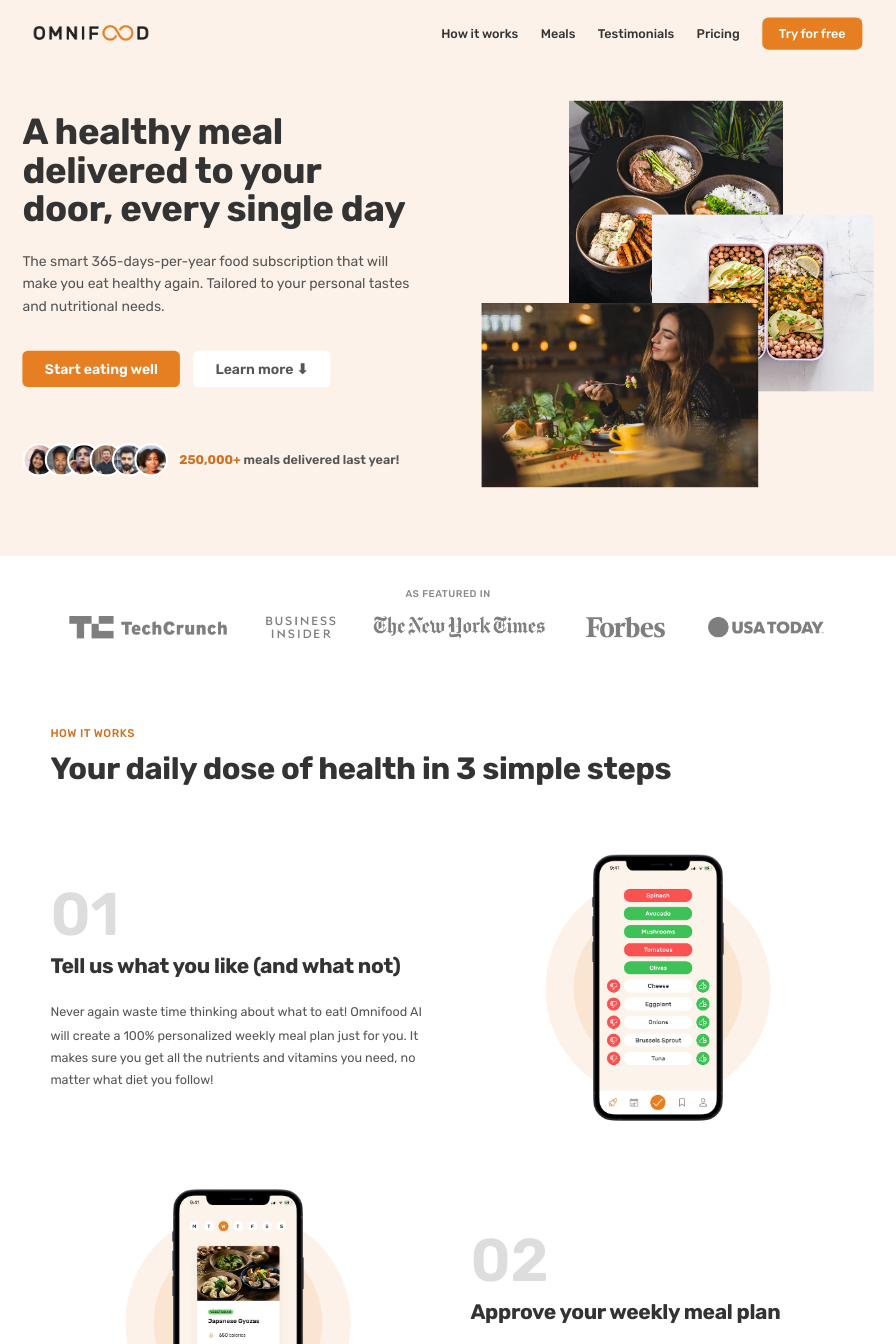
Repository: TranPhucThinh/Omnifood
Page: index.html
An editor plug-in stored every save of this project. The page is shown before and after the next save, followed by the edit.
The browser window is 1280 px wide. The pictures show the part of the page from y = 0 to 1920 px (the page is 3548 px tall), at 70% of full size.

Above is the page before, as saved 2022-08-06 00:17:55.

### index.html
<!DOCTYPE html>
<html lang="en">

<head>
    <meta charset="UTF-8">
    <meta http-equiv="X-UA-Compatible" content="IE=edge">
    <meta name="viewport" content="width=device-width, initial-scale=1.0">

    <link rel="preconnect" href="https://fonts.googleapis.com">
    <link rel="preconnect" href="https://fonts.gstatic.com" crossorigin>
    <link href="https://fonts.googleapis.com/css2?family=Rubik:wght@300;400;500;600;700;800;900&display=swap"
        rel="stylesheet">

    <link rel="stylesheet" href="./assets/styles/general.css">
    <link rel="stylesheet" href="./assets/styles/style.css">

    <title>Omnifood</title>
</head>

<body>
    <!-- SECTION HEADER -->
    <div class="header">
        <a href="#">
            <img src="./assets/imgs/omnifood-logo.png" alt="Omnifood logo" class="header-logo">
        </a>
        <nav class="main-nav">
            <ul class="main-nav-list">
                <li>
                    <a href="#" class="main-nav-link">How it works</a>
                </li>
                <li>
                    <a href="#" class="main-nav-link">Meals</a>
                </li>
                <li>
                    <a href="#" class="main-nav-link">Testimonials</a>
                </li>
                <li>
                    <a href="#" class="main-nav-link">Pricing</a>
                </li>
                <li>
                    <a href="#" class="main-nav-link nav-btn">Try for free</a>
                </li>
            </ul>
        </nav>
    </div>
    <!-- End of SECTION HEADER -->

    <!-- SECTION HERO -->
    <section class="section-hero">
        <div class="hero">
            <div class="hero-text-box">
                <h1 class="heading-primary">A healthy meal delivered to your door, every single day</h1>
                <p class="hero-desc">The smart 365-days-per-year food subscription that will make you eat healthy again.
                    Tailored to your personal tastes and nutritional needs.</p>
                <a href="#" class="btn btn--full margin-right-sm">Start eating well</a>
                <a href="#" class="btn btn--outline">Learn more ⬇</a>
                <div class="delivered-meals">
                    <div class="delivered-imgs">
                        <img src="./assets/imgs/customers/customer-1.jpg" alt="customer 1">
                        <img src="./assets/imgs/customers/customer-2.jpg" alt="customer 2">
                        <img src="./assets/imgs/customers/customer-3.jpg" alt="customer 3">
                        <img src="./assets/imgs/customers/customer-4.jpg" alt="customer 4">
                        <img src="./assets/imgs/customers/customer-5.jpg" alt="customer 5">
                        <img src="./assets/imgs/customers/customer-6.jpg" alt="customer 6">
                    </div>
                    <p class="delivered-text">
                        <span>250,000+</span> meals delivered last year!
                    </p>
                </div>
            </div>
            <div class="hero-img-box">
                <img src="./assets/imgs/hero.png"
                    alt="woman enjoy food, meals in storage container, and food bowls on a table" class="hero-img">
            </div>
        </div>
    </section>
    <!-- End of SECTION HERO -->

    <!-- SECTION FEATURED -->
    <section class="section-featured">
        <div class="container">
            <h2 class="heading-feature-in">As featured in</h2>
            <div class="logos">
                <img src="./assets/imgs/logos/techcrunch.png" alt="Techcrunch logo">
                <img src="./assets/imgs/logos/business-insider.png" alt="business insider logo">
                <img src="./assets/imgs/logos/the-new-york-times.png" alt="The new york time logo">
                <img src="./assets/imgs/logos/forbes.png" alt="Forbes logo">
                <img src="./assets/imgs/logos/usa-today.png" alt="Usa today logo">
            </div>
        </div>
    </section>
    <!-- End of SECTION FEATURED -->

    <!-- SECTION HOW IT WORKS -->
    <section class="section-how">
        <div class="container">
            <p class="subheading">HOW IT WORKS</p>
            <h2 class="heading-secondary">Your daily dose of health in 3 simple steps</h2>
        </div>
        <div class="container grid grid--2-cols grid--center-vertical">
            <!-- STEP 1 -->
            <div class="step-text-box">
                <div class="step-number">01</div>
                <h3 class="heading-tertiary">Tell us what you like (and what not)</h3>
                <p class="step-desc">Never again waste time thinking about what to eat! Omnifood AI will create a 100%
                    personalized weekly meal plan just for you. It makes sure you get all the nutrients and vitamins you
                    need, no matter what diet you follow!</p>
            </div>
            <div class="step-img-box">
                <img src="./assets/imgs/app/app-screen-1.png" alt="iPhone app preferences selection screen"
                    class="step-img">
            </div>

            <!-- STEP 2 -->
            <div class="step-img-box">
                <img src="./assets/imgs/app/app-screen-2.png" alt="iPhone app
                meal approving plan screen" class="step-img">
            </div>
            <div class="step-text-box">
                <div class="step-number">02</div>
                <h3 class="heading-tertiary">Approve your weekly meal plan</h3>
                <p class="step-desc">Once per week, approve the meal plan generated for you by Omnifood AI. You can
                    change ingredients, swap entire meals, or even add your own recipes.</p>
            </div>

            <!-- STEP 3 -->
            <div class="step-text-box">
                <div class="step-number">03</div>
                <h3 class="heading-tertiary">Receive meals at convenient time</h3>
                <p class="step-desc">Best chefs in town will cook your selected meal every day, and we will deliver it
                    to your door whenever works best for you. You can change delivery schedule and address daily!</p>
            </div>
            <div class="step-img-box">
                <img src="./assets/imgs/app/app-screen-3.png" alt="iPhone app
                delivery screen" class="step-img">
            </div>
        </div>
    </section>
    <!-- End of SECTION HOW IT WORKS -->

    <!-- SECTION MEALS -->
    <section class="section-meals">
        <div class="container center-text">
            <p class="subheading">Meals</p>
            <h2 class="heading-secondary">Omnifood AI chooses from 5,000+ recipes</h2>
        </div>
        <div class="container grid grid--3-cols">
            <div class="meal">
                <img src="./assets/imgs/meals/meal-1.jpg" alt="Japanese Gyozas" class="meal-img">
                <div class="meal-content">
                    <div class="meal-tag">
                        <p class="tag tag--vegetarian">vegetarian</p>
                    </div>
                    <p class="meal-title">Japanese Gyozas</p>
                    <ul class="meal-attributes">
                        <li class="meal-attribute">
                            <ion-icon class="meal-icon" name="flame-outline"></ion-icon>
                            <span><strong>650</strong> calories</span>
                        </li>
                        <li class="meal-attribute">
                            <ion-icon class="meal-icon" name="restaurant-outline"></ion-icon>
                            <span>NutriScore ® <strong>74</strong></span>
                        </li>
                        <li class="meal-attribute">
                            <ion-icon class="meal-icon" name="star-outline"></ion-icon>
                            <span><strong>4.9</strong> rating (537)</span>
                        </li>
                    </ul>
                </div>
            </div>
            <div class="meal">
                <img src="./assets/imgs/meals/meal-2.jpg" alt="Avocado Salad" class="meal-img">
                <div class="meal-content">
                    <div class="meal-tag">
                        <p class="tag tag--vegan">vegan</p>
                        <p class="tag tag---paleo">paleo</p>
                    </div>
                    <p class="meal-title">Avocado Salad</p>
                    <ul class="meal-attributes">
                        <li class="meal-attribute">
                            <ion-icon class="meal-icon" name="flame-outline"></ion-icon>
                            <span><strong>400</strong> calories</span>
                        </li>
                        <li class="meal-attribute">
                            <ion-icon class="meal-icon" name="restaurant-outline"></ion-icon>
                            <span>NutriScore ® <strong>92</strong></span>
                        </li>
                        <li class="meal-attribute">
                            <ion-icon class="meal-icon" name="star-outline"></ion-icon>
                            <span><strong>4.8</strong> rating (441)</span>
                        </li>
                    </ul>
                </div>
            </div>
            <div class="diet">
                <h3 class="heading-tertiary">Works with any diet:</h3>
                <ul class="list">
                    <li class="list-item">
                        <ion-icon class="list-icon" name="checkmark-outline"></ion-icon>
                        <span>Vegetarian</span>
                    </li>
                    <li class="list-item">
                        <ion-icon class="list-icon" name="checkmark-outline"></ion-icon>
                        <span>Vegan</span>
                    </li>
                    <li class="list-item">
                        <ion-icon class="list-icon" name="checkmark-outline"></ion-icon>
                        <span>Pescatarian</span>
                    </li>
                    <li class="list-item">
                        <ion-icon class="list-icon" name="checkmark-outline"></ion-icon>
                        <span>Gluten-free</span>
                    </li>
                    <li class="list-item">
                        <ion-icon class="list-icon" name="checkmark-outline"></ion-icon>
                        <span>Lactose-free</span>
                    </li>
                    <li class="list-item">
                        <ion-icon class="list-icon" name="checkmark-outline"></ion-icon>
                        <span>Keto</span>
                    </li>
                    <li class="list-item">
                        <ion-icon class="list-icon" name="checkmark-outline"></ion-icon>
                        <span>Paleo</span>
                    </li>
                    <li class="list-item">
                        <ion-icon class="list-icon" name="checkmark-outline"></ion-icon>
                        <span>Low FODMAP</span>
                    </li>
                    <li class="list-item">
                        <ion-icon class="list-icon" name="checkmark-outline"></ion-icon>
                        <span>Kid-friendly</span>
                    </li>
                </ul>
            </div>
        </div>
        <div class="container all-recipes center-text">
            <a href="#" class="link">See all recipes ➡</a>
        </div>
    </section>
    <!-- End of SECTION MEALS -->

    <script type="module" src="https://unpkg.com/ionicons@5.5.2/dist/ionicons/ionicons.esm.js"></script>
    <script nomodule src="https://unpkg.com/ionicons@5.5.2/dist/ionicons/ionicons.js"></script>
</body>

</html>

### assets/styles/general.css
* {
  margin: 0;
  padding: 0;
  box-sizing: border-box;
}

html {
  font-size: 62.5%;
}

body {
  font-family: 'Rubik', sans-serif;
  line-height: 1;
  font-weight: 400;
  color: #555;
}

/* GENERAL REUSABLE COMPONENTS */
.container {
  max-width: 120rem;
  padding: 0 3.2rem;
  margin: 0 auto;
}

.grid {
  display: grid;
  row-gap: 9.6rem;
  column-gap: 6.4rem;
}

.grid--2-cols {
  grid-template-columns: repeat(2, 1fr);
}

.grid--3-cols {
  grid-template-columns: repeat(3, 1fr);
}

.grid--4-cols {
  grid-template-columns: repeat(4, 1fr);
}

.grid--center-vertical {
  align-items: center;
}

.heading-primary,
.heading-secondary,
.heading-tertiary {
  letter-spacing: -0.5px;
  color: #333;
  font-weight: 700;
}

.heading-primary {
  line-height: 1.05;
  font-size: 5.2rem;
  margin-bottom: 3.2rem;
}

.heading-secondary {
  font-size: 4.4rem;
  line-height: 1.2;
  margin-bottom: 9.6rem;
}

.heading-tertiary {
  font-size: 3rem;
  line-height: 1.2;
  margin-bottom: 3.2rem;
}

.subheading {
  font-size: 1.6rem;
  color: #cf711f;
  margin-bottom: 1.6rem;
  font-weight: 500;
  letter-spacing: 0.75px;
}

.hero-text-box .btn:link,
.hero-text-box .btn:visited {
  text-decoration: none;
  font-size: 2rem;
  font-weight: 600;
  display: inline-block;
  border-radius: 8px;
  padding: 1.6rem 3.2rem;
  transition: all 0.3s;
}

.hero-text-box .btn--full:link,
.hero-text-box .btn--full:visited {
  color: #fff;
  background-color: #e67e22;
}

.hero-text-box .btn--full:hover,
.hero-text-box .btn--full:active {
  background-color: #cf711f;
}

.hero-text-box .btn--outline:link,
.hero-text-box .btn--outline:visited {
  color: #555;
  background-color: #fff;
  border: -4px solid #fff;
}

.hero-text-box .btn--outline:hover,
.hero-text-box .btn--outline:active {
  background-color: #fdf2e9;
}

.step-img-box::before,
.step-img-box::after {
  content: '';
  display: block;
  position: absolute;
  top: 50%;
  left: 50%;
  transform: translate(-50%, -50%);
  border-radius: 50%;
}

.center-text {
  text-align: center;
}

.margin-right-sm {
  margin-right: 1.6rem !important;
}

.margin-bottom-md {
  margin-bottom: 4.8rem !important;
}
/* END of GENERAL REUSABLE COMPONENTS */

### assets/styles/style.css
/* Section Header */
.header {
  display: flex;
  justify-content: space-between;
  height: 9.6rem;
  align-items: center;
  padding: 0 4.8rem;
  background-color: #fdf2e9;
}

.header-logo {
  height: 2.2rem;
}

.main-nav-list {
  display: flex;
  list-style-type: none;
  gap: 3.2rem;
}

.main-nav-link:link,
.main-nav-link:visited {
  text-decoration: none;
  font-size: 1.8rem;
  color: #333;
  font-weight: 500;
  transition: all 0.3s;
}

.main-nav-link:hover,
.main-nav-link:active {
  color: #cf711f;
}

.main-nav-link.nav-btn:link,
.main-nav-link.nav-btn:visited {
  padding: 1.2rem 2.4rem;
  border-radius: 9px;
  background-color: #e67e22;
  color: #fff;
}

.main-nav-link.nav-btn:hover,
.main-nav-link.nav-btn:active {
  color: #fff;
  background-color: #cf711f;
}
/* End of Section Header */

/* Section Hero */
.section-hero {
  background-color: #fdf2e9;
  padding: 4.8rem 0 9.6rem;
}

.hero {
  max-width: 130rem;
  margin: 0 auto;
  display: grid;
  grid-template-columns: 1fr 1fr;
  gap: 9.6rem;
  padding: 0 3.2rem;
  align-items: center;
}

.hero-text-box .hero-desc {
  font-size: 2rem;
  color: #555;
  line-height: 1.6;
  margin-bottom: 4.8rem;
}

.hero-img-box .hero-img {
  width: 100%;
}

.delivered-meals {
  margin-top: 8rem;
  display: flex;
  align-items: center;
  gap: 1.6rem;
}

.delivered-imgs {
  display: flex;
}

.delivered-imgs img {
  width: 4.8rem;
  height: 4.8rem;
  border-radius: 50%;
  border: 3px solid #fff;
  margin-right: -1.6rem;
}

.delivered-imgs img:last-child {
  margin-right: 0;
}

.delivered-text {
  font-size: 1.8rem;
  font-weight: 600;
}

.delivered-text span {
  font-weight: 700;
  color: #cf711f;
}
/* End of Section Hero */

/* Section featured */
.section-featured {
  padding: 4.8rem 0 3.2rem;
}
.logos {
  display: flex;
  justify-content: space-around;
}

.heading-feature-in {
  font-size: 1.4rem;
  text-transform: uppercase;
  letter-spacing: 0.75px;
  font-weight: 500;
  color: #888;
  text-align: center;
  margin-bottom: 2.4rem;
}

.section-featured img {
  height: 3.2rem;
  filter: brightness(0%);
  opacity: 0.5;
}
/* End of Section featured */

/* Section how it works */
.section-how {
  padding: 9.6rem 0;
}
.step-number {
  font-size: 8.6rem;
  color: #ddd;
  font-weight: 600;
  margin-bottom: 1.2rem;
}

.step-desc {
  font-size: 1.8rem;
  color: #555;
  line-height: 1.8;
}

.step-img-box {
  text-align: center;
  position: relative;
}

.step-img-box::before {
  width: 60%;
  padding-bottom: 60%;

  background-color: #fdf2e9;
  z-index: -2;
}

.step-img-box::after {
  width: 45%;
  padding-bottom: 45%;
  background-color: #fae5d3;
  z-index: -1;
}

.step-img {
  width: 35%;
}
/* End of Section how it works */

/* Section meals */
.section-meals {
  padding: 9.6rem 0;
}
.meal {
  border-radius: 12px;
  overflow: hidden;
  box-shadow: 0 2.4rem 4.8rem rgb(0 0 0 / 8%);
}

.meal-img {
  width: 100%;
  display: block;
}

.meal-content {
  padding: 3.2rem 4.8rem 4.8rem;
}

.meal-tag {
  margin-bottom: 1.2rem;
}

.tag {
  display: inline-block;
  font-size: 1.2rem;
  text-transform: uppercase;
  color: #333;
  font-weight: 600;
  padding: 4px 8px;
  border-radius: 12px;
}

.tag--vegetarian {
  background-color: #51cf66;
}

.tag--vegan {
  background-color: #94d82d;
  margin-right: 2px;
}

.tag---paleo {
  background-color: #ffd43b;
}

.meal-title {
  font-size: 2.4rem;
  color: #333;
  font-weight: 600;
  margin-bottom: 3.2rem;
}

.meal-attributes {
  list-style-type: none;
  display: flex;
  flex-direction: column;
  justify-content: space-between;
  gap: 2rem;
}

.meal-attribute {
  font-size: 1.8rem;
  display: flex;
  gap: 1.6rem;
  align-items: center;
}

.meal-attribute strong {
  font-weight: 500;
}

.meal-attribute .meal-icon {
  width: 2.4rem;
  height: 2.4rem;
  color: #e67e22;
}

.list {
  list-style-type: none;
  display: flex;
  flex-direction: column;
  gap: 1.6rem;
}

.list-item {
  display: flex;
  gap: 1.6rem;
  align-items: center;
  font-size: 1.8rem;
}

.list-icon {
  width: 3rem;
  height: 3rem;
  color: #e67e22;
}

.link:link,
.link:visited {
  font-size: 1.8rem;
  border-bottom: 1px solid #e67e22;
  color: #e67e22;
  text-decoration: none;
  transition: all 0.3s;
}

.link:hover,
.link:active {
  border-bottom: none;
}
/* End of Section meals */

After the next save:
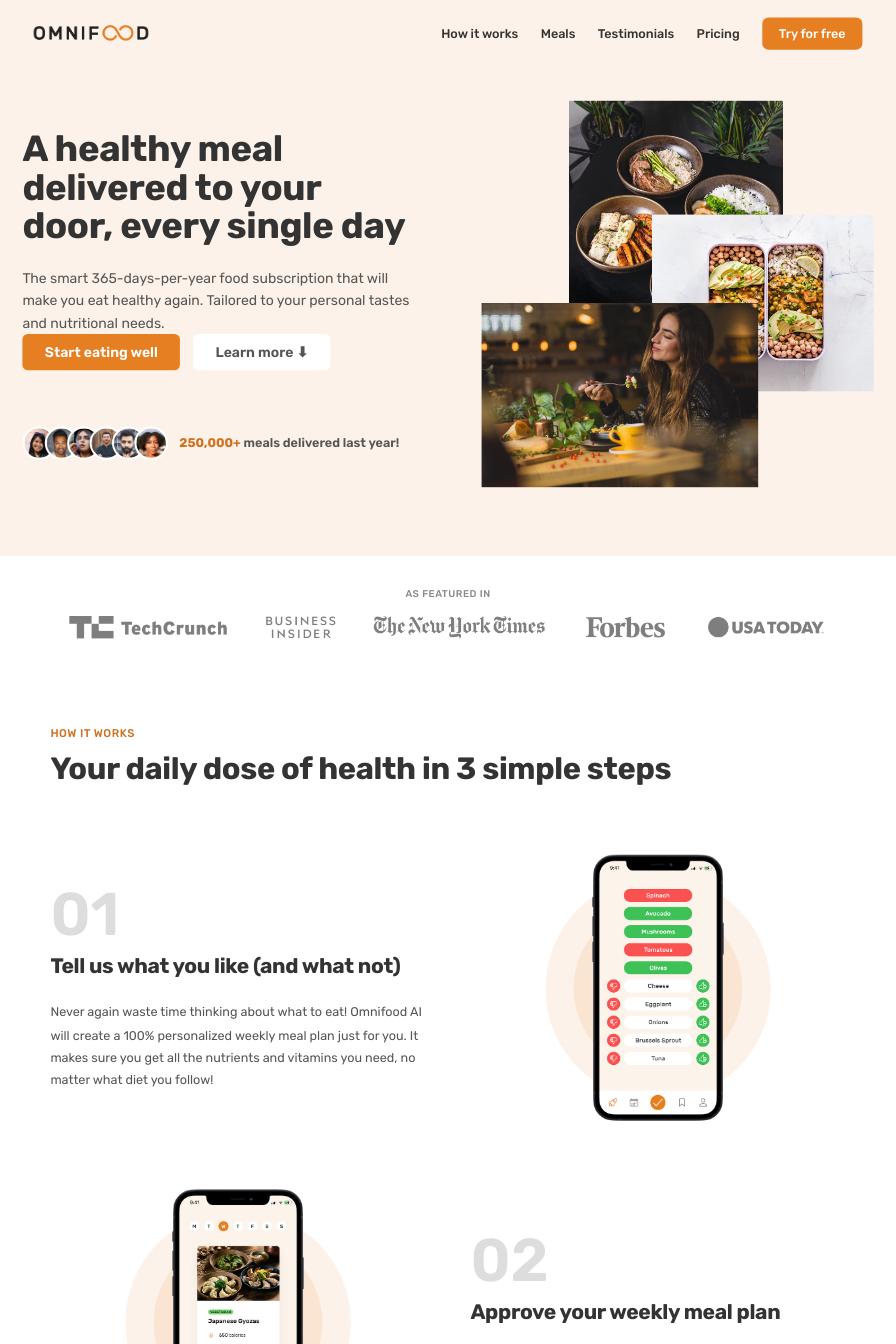
Saved 53 s later.
--- a/assets/styles/style.css
+++ b/assets/styles/style.css
@@ -67,7 +67,7 @@
   font-size: 2rem;
   color: #555;
   line-height: 1.6;
-  margin-bottom: 4.8rem;
+  /* margin-bottom: 4.8rem; */
 }
 
 .hero-img-box .hero-img {

After the save that followed:
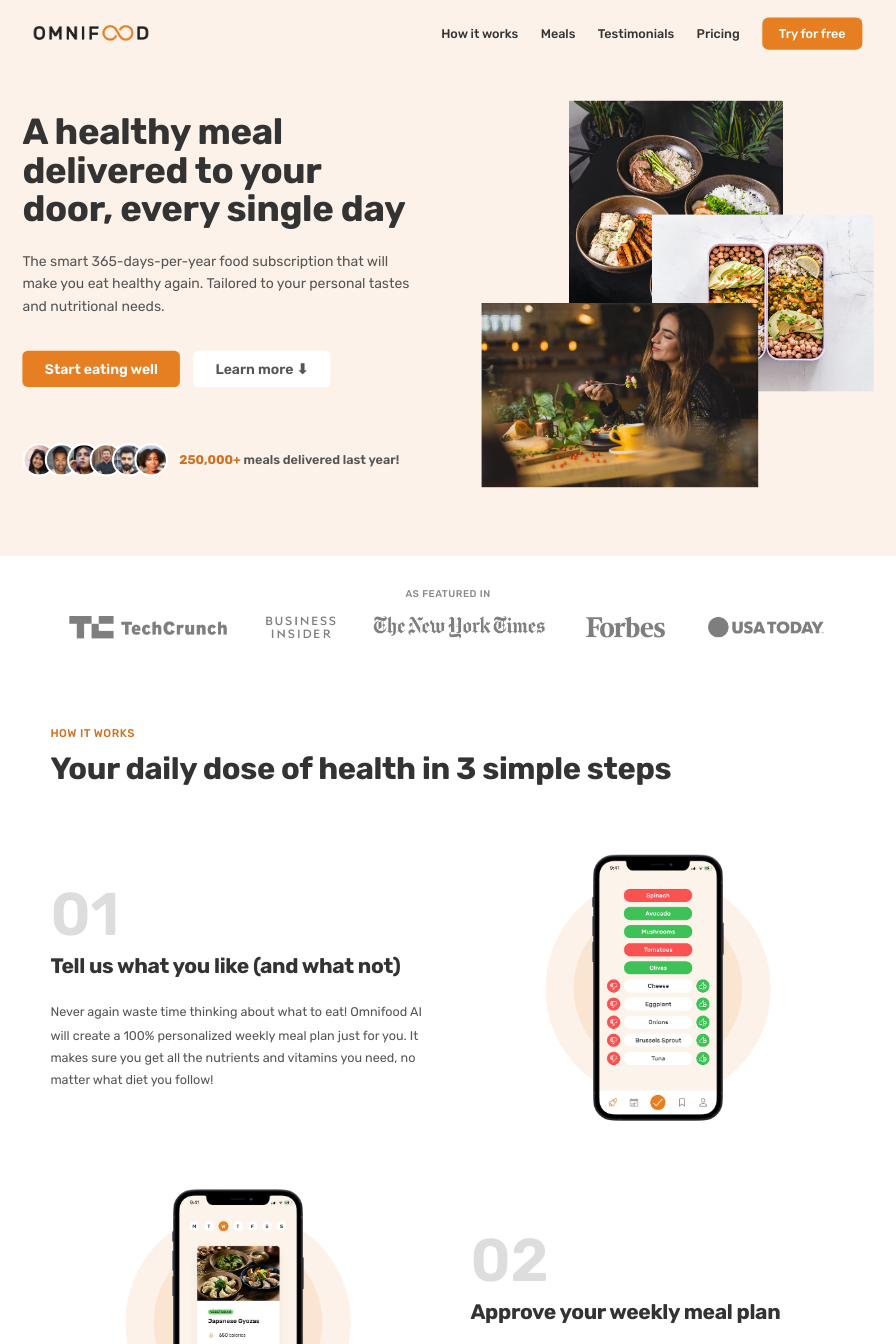
Saved 4 s later.
--- a/index.html
+++ b/index.html
@@ -50,7 +50,8 @@
         <div class="hero">
             <div class="hero-text-box">
                 <h1 class="heading-primary">A healthy meal delivered to your door, every single day</h1>
-                <p class="hero-desc">The smart 365-days-per-year food subscription that will make you eat healthy again.
+                <p class="hero-desc margin-bottom-md">The smart 365-days-per-year food subscription that will make you
+                    eat healthy again.
                     Tailored to your personal tastes and nutritional needs.</p>
                 <a href="#" class="btn btn--full margin-right-sm">Start eating well</a>
                 <a href="#" class="btn btn--outline">Learn more ⬇</a>
